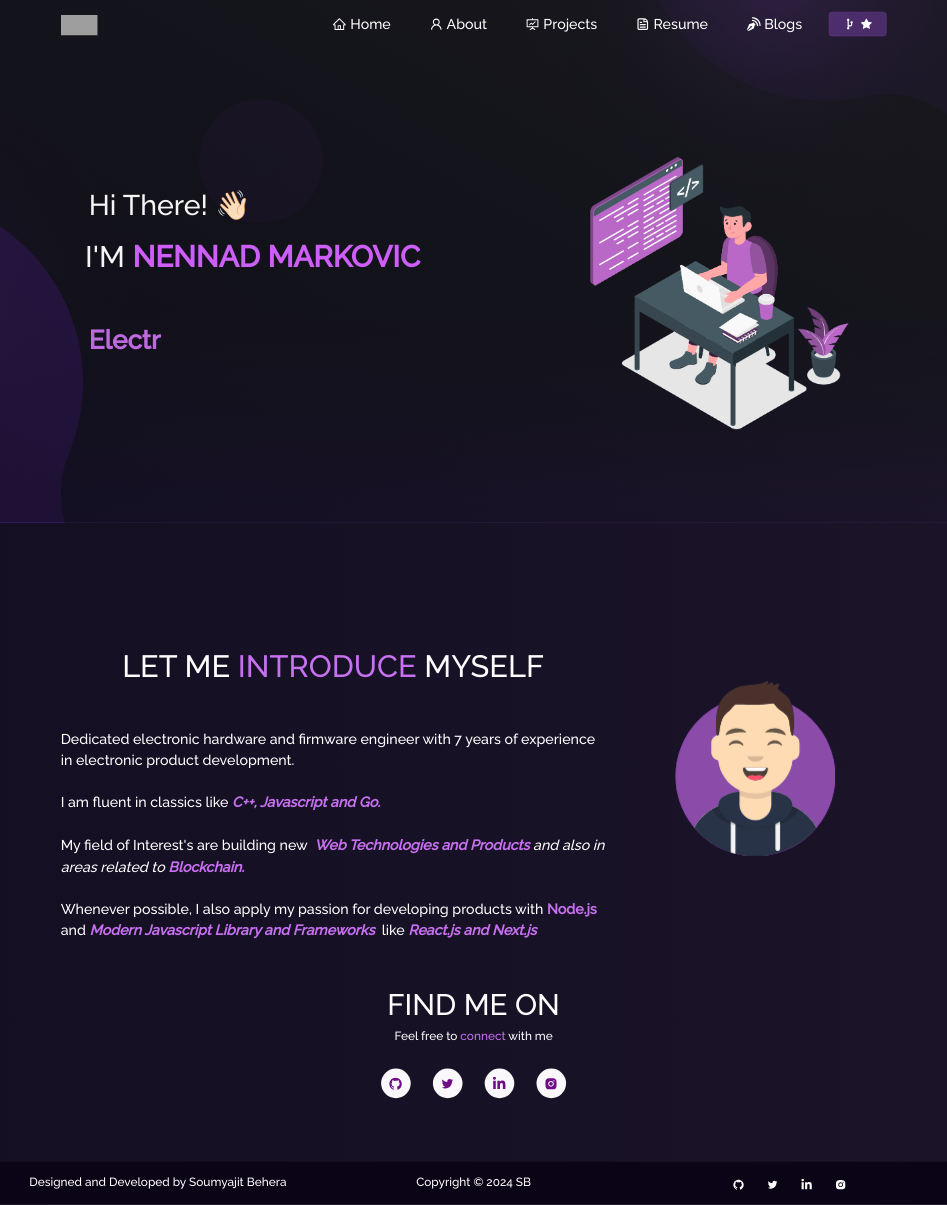
Repository: nenadMarkorvic/personal-website
Page: /
The author's editor kept a copy of each file at every save. The page is drawn from the files as they stood at one save, then again after the next save.
The browser window is 1280 px wide. The pictures show the whole page, at 74% of full size.
Pictures or frames that could not be fetched are drawn as grey boxes. The project was rebuilt for these pictures with package versions that can differ from the ones it lists, and the page was loaded fresh each time. Also part of the build but not shown: src/components/About/Github.js, src/components/About/Techstack.js, src/components/About/AboutCard.js, src/components/About/Toolstack.js, src/components/About/About.js, src/components/Projects/ProjectCards.js, src/components/Projects/Projects.js, src/components/Resume/ResumeNew.js. Imported but missing from the stored project, and not drawn on this page: src/Assets/Soumyajit_Behera-BIT_MESRA.pdf.

Above is the page before, as saved 2024-08-29 06:51:06.

After the next save:
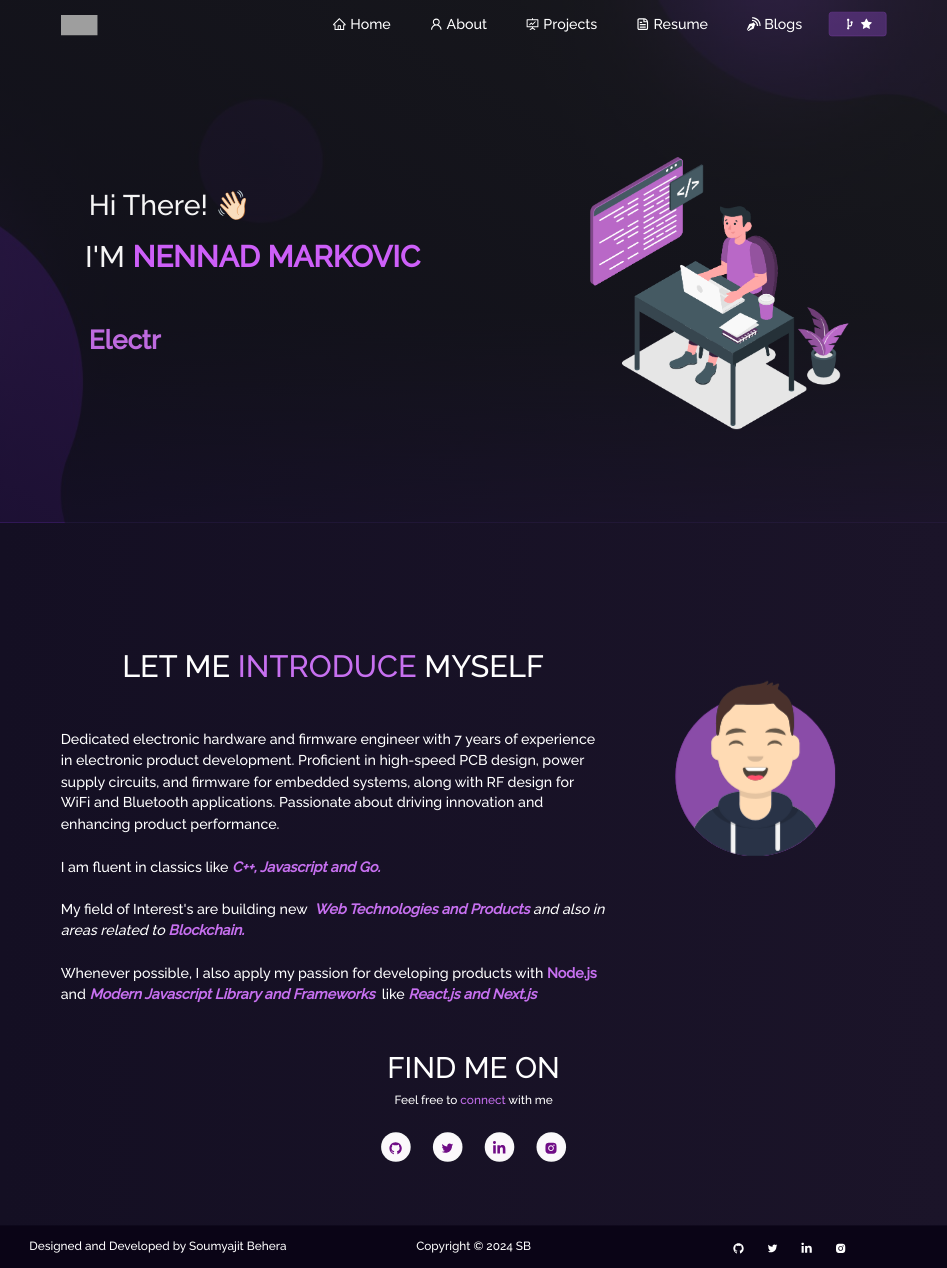
Saved 12 s later.
--- a/src/components/Home/Home2.js
+++ b/src/components/Home/Home2.js
@@ -20,6 +20,10 @@ function Home2() {
             <p className="home-about-body">
               Dedicated electronic hardware and firmware engineer with 7 years of
               experience in electronic product development.
+              Proficient in high-speed
+              PCB design, power supply circuits, and firmware for embedded systems,
+              along with RF design for WiFi and Bluetooth applications. Passionate
+              about driving innovation and enhancing product performance.
               <br />
               <br />I am fluent in classics like
               <i>
